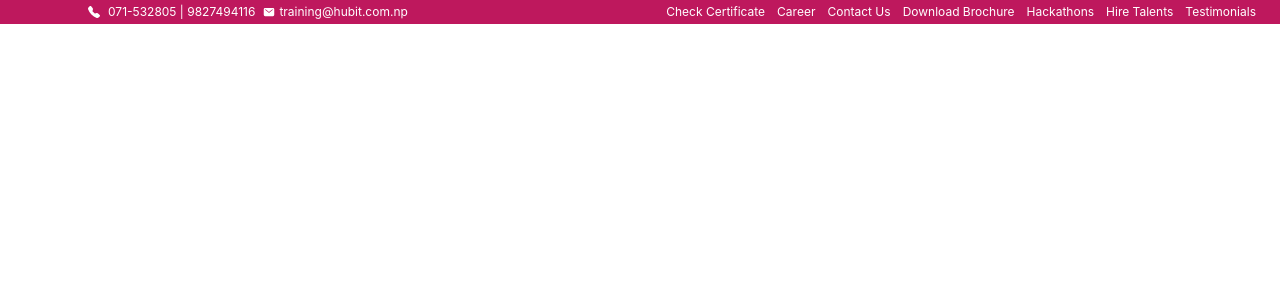
Repository: Sushant203/react-training-
Page: /
An editor plug-in stored every save of this project. The page is shown before and after the next save, followed by the edit.
The browser window is 1280 px wide. The pictures show the whole page.
The project was rebuilt for these pictures with package versions that can differ from the ones it lists, and the page was loaded fresh each time. Also part of the build but not shown: src/App.css.

Above is the page before, as saved 2022-12-15 01:14:51.

### src/App.js

import './App.css';
import UpperNav from './components/UpperNav';

function App() {
  return (
    <div>
      <UpperNav />
    </div>
  );
}

export default App;

### src/components/UpperNav.jsx
import React from "react";
import { BsFillTelephoneFill } from "react-icons/bs";
import { IoMail } from "react-icons/io5";
const UpperNav = () => {
  return (
    <div>
      <div className="flex w-[100%] bg-pink-700 align-center px-2 text-white text-xs justify-between container">
        <div className="flex">
          <div className="flex gap-2 items-center ml-20">
            <BsFillTelephoneFill className="text-white" />
            <p>071-532805 | 9827494116</p>
          </div>
          <div className="flex gap-1 items-center px-2 py-1 text-xs">
            <IoMail className="" />
            <p>training@hubit.com.np</p>
          </div>
        </div>

        {/* right section */}
        <div className="flex gap-3 items-center text-xs mr-4">
          <div>Check Certificate</div>
          <div>Career</div>
          <div>Contact Us</div>
          <div>Download Brochure</div>
          <div>Hackathons</div>
          <div>Hire Talents</div>
          <div>Testimonials</div>
        </div>
      </div>
    </div>
  );
};

export default UpperNav;

Loaded but not shown: public/index.html (common file); src/index.js (common file); src/index.css (common file); src/reportWebVitals.js (common file); tailwind.config.js (common file)

After the next save:
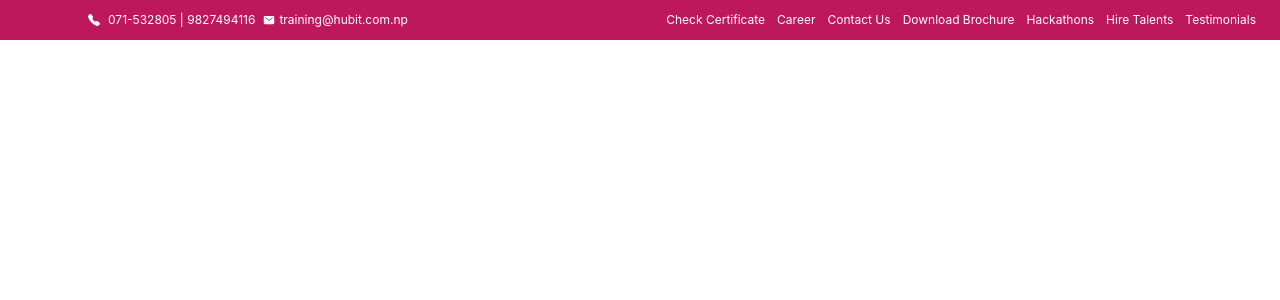
Saved 35 s later.
--- a/src/components/UpperNav.jsx
+++ b/src/components/UpperNav.jsx
@@ -4,7 +4,7 @@ import { IoMail } from "react-icons/io5";
 const UpperNav = () => {
   return (
     <div>
-      <div className="flex w-[100%] bg-pink-700 align-center px-2 text-white text-xs justify-between container">
+      <div className="flex w-[100%] bg-pink-700 align-center px-2 py-2 text-white text-xs justify-between container">
         <div className="flex">
           <div className="flex gap-2 items-center ml-20">
             <BsFillTelephoneFill className="text-white" />
